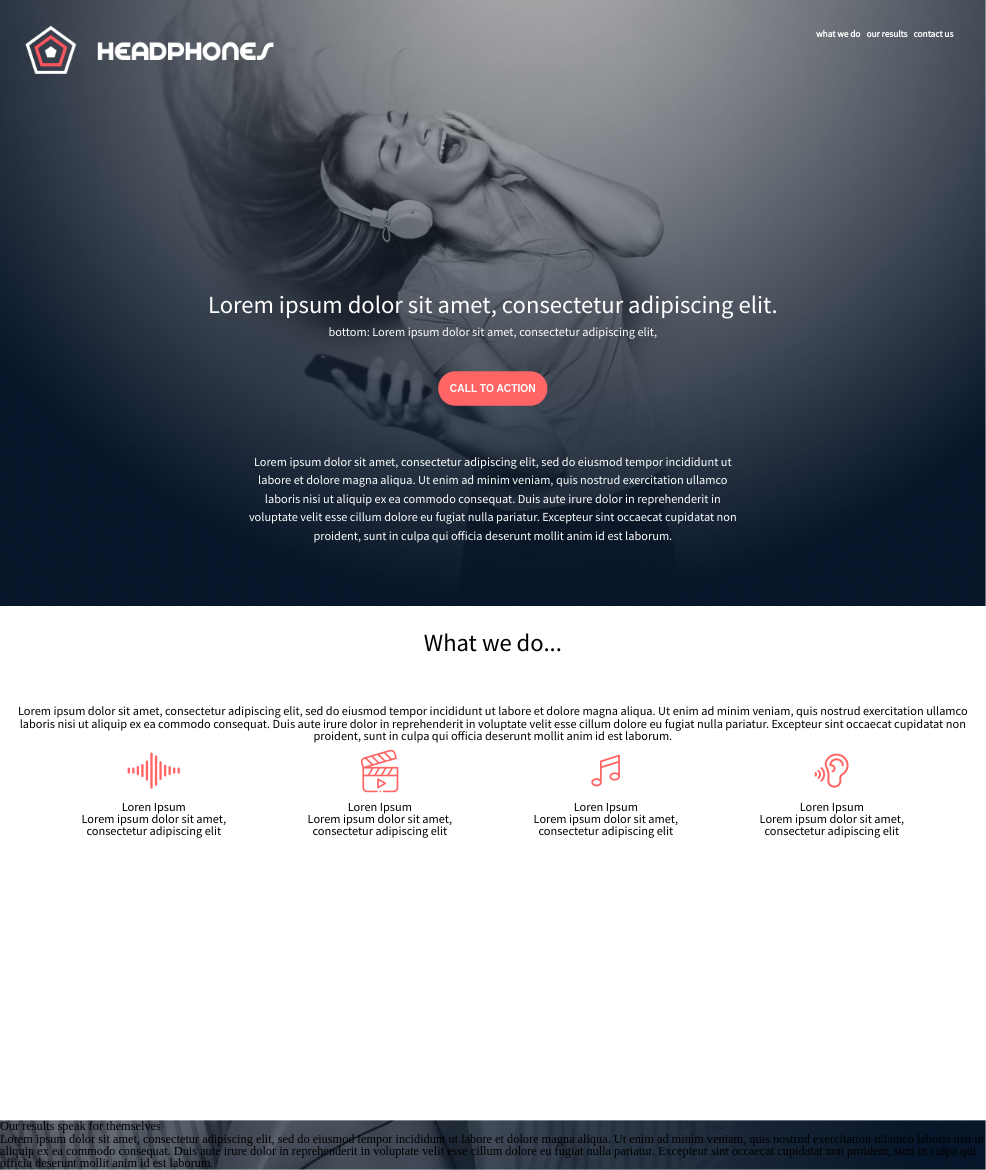
Repository: seleniadelgado/holbertonschool-web_front_end
Page: 0x09-implement_a_design_from_scratch/1-index.html
These files come from the project's save history. The page is drawn as it stood at one moment and after the next save; the edit follows.
The browser window is 1280 px wide. The pictures show the whole page, at 77% of full size.

Above is the page before, as saved 2020-03-21 21:30:35.

After the next save:
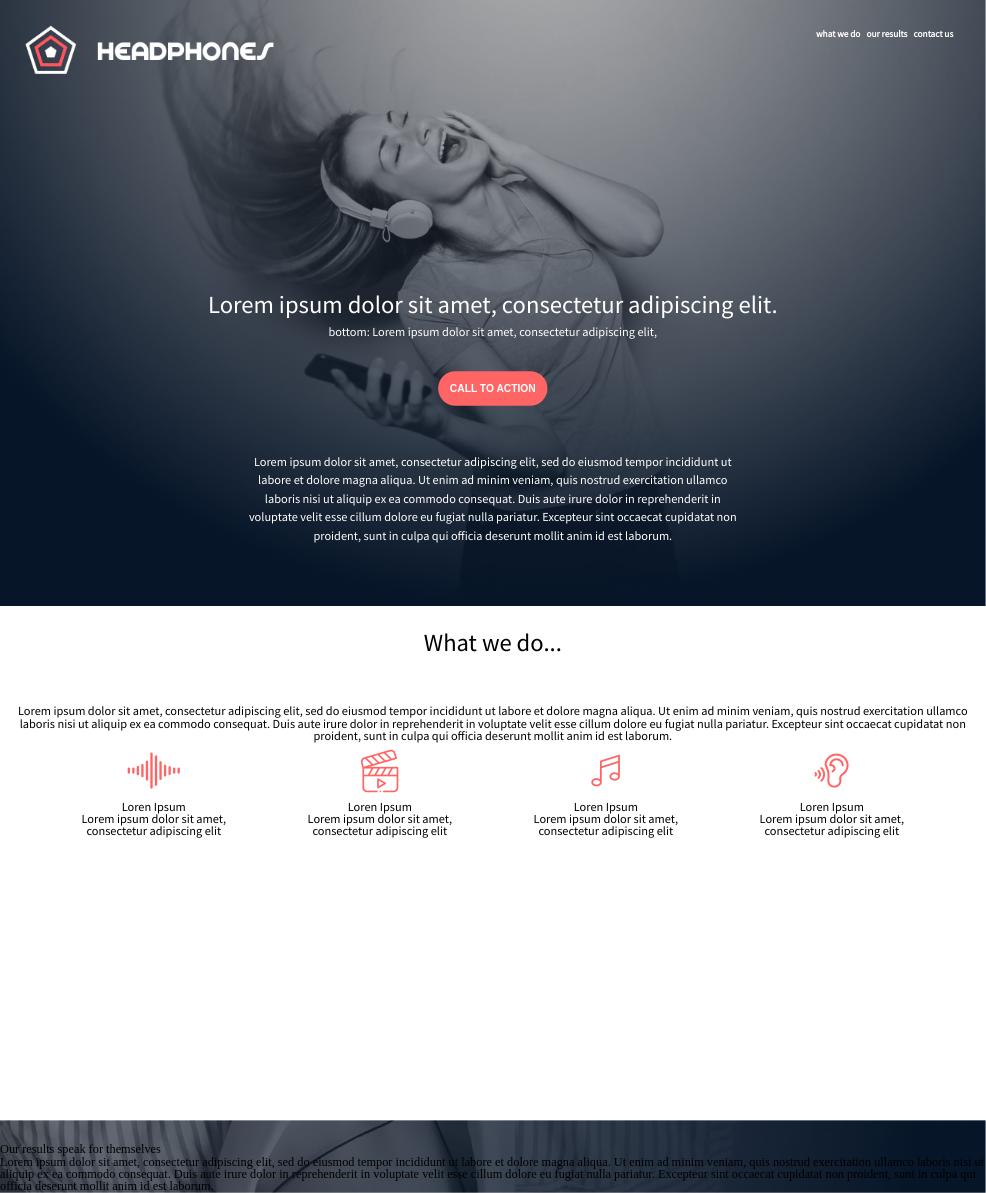
Saved 72 s later.
--- a/0x09-implement_a_design_from_scratch/1-styles.css
+++ b/0x09-implement_a_design_from_scratch/1-styles.css
@@ -258,5 +258,5 @@
 }
 #results {
     background-image: url("images/headphones_hero_2.jpg");
-    margin-top: 30px;
-}
+    padding-top: 30px;
+}
